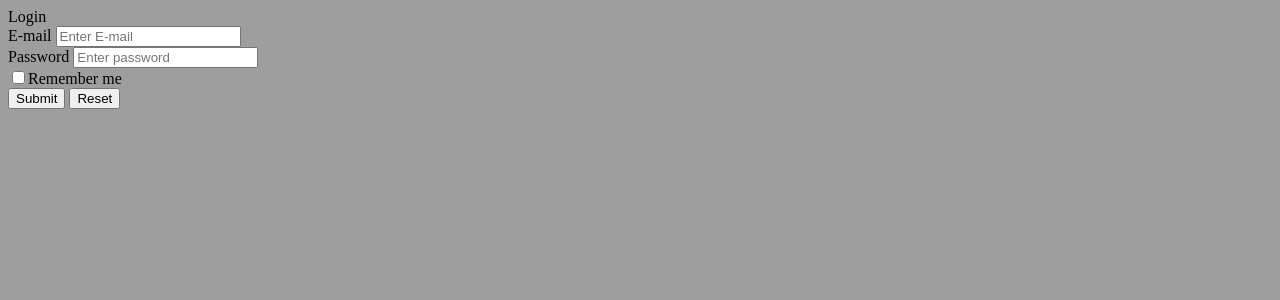
Repository: BragadeeshChandrasekar/my-bookshelf
Page: http://localhost/booksales/Login.jsp
An editor plug-in stored every save of this project. The page is shown before and after the next save, followed by the edit.
The browser window is 1280 px wide. The pictures show the whole page.
The page is served by Tomcat 9. Other server files are loaded and not shown.

Above is the page before, as saved 2016-06-10 07:02:02.

### booksales/WebContent/Login.jsp
<%@ page language="java" contentType="text/html; charset=ISO-8859-1"
    pageEncoding="ISO-8859-1"%>
<!DOCTYPE html PUBLIC "-//W3C//DTD HTML 4.01 Transitional//EN" "http://www.w3.org/TR/html4/loose.dtd">
<html>
<head>
<meta http-equiv="Content-Type" content="IE=edge; charset=UTF-8">

<title>Log-In</title>

</head>
<body background="C:\Users\C Bragadeesh\Downloads\newbook.jpg">
<form class="form-inline" role="form">
<form action="http://localhost:8080/booksales/home.jsp"></form>
<div class="container">Login</div>
<div class="form-group">
<label for= "e-mail">E-mail</label>
<input type="e-mail" class="form control" id="e-mail" placeholder="Enter E-mail">
</div>
<div class="form-group">
<label for="pwd">Password</label>
<input type="password" class="form control" id="pwd" placeholder="Enter password">
</div>
<div class="checkbox">
<label><input type="checkbox">Remember me</label></div>
<button type="submit" class="btn btn primary" on click="http://localhost:8080/booksales/home.jsp">Submit</button>
<button type="clear" class="btn btn danger">Reset</button>
</form>
</body>
</html>

After the next save:
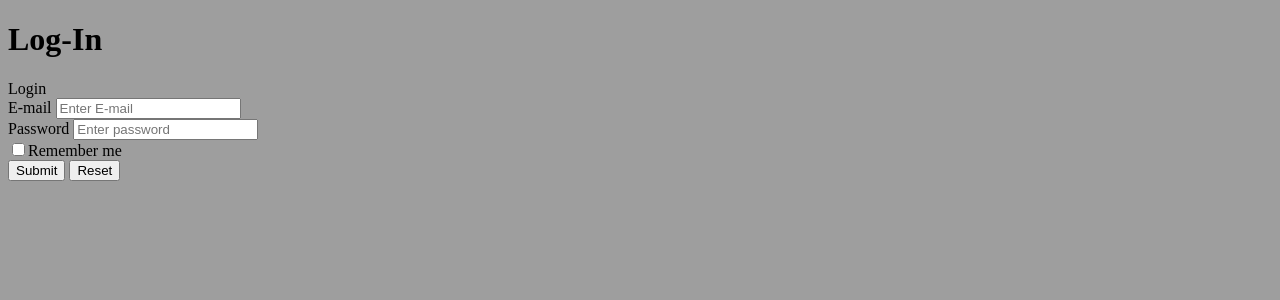
Saved 4 min 12 s later.
--- a/booksales/WebContent/Login.jsp
+++ b/booksales/WebContent/Login.jsp
@@ -6,7 +6,11 @@
 <meta http-equiv="Content-Type" content="IE=edge; charset=UTF-8">
 
 <title>Log-In</title>
-
+<meta charset="utf-8">
+<meta name="viewport" content="width=device-width, initial-scale=1">
+<div class="text-primary">
+<h1>Log-In</h1>
+</div>
 </head>
 <body background="C:\Users\C Bragadeesh\Downloads\newbook.jpg">
 <form class="form-inline" role="form">

After the save that followed:
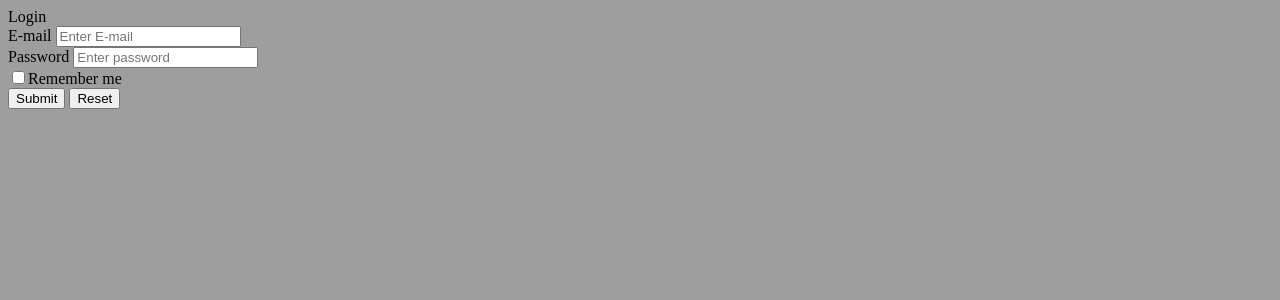
Saved 71 s later.
--- a/booksales/WebContent/Login.jsp
+++ b/booksales/WebContent/Login.jsp
@@ -4,12 +4,10 @@
 <html>
 <head>
 <meta http-equiv="Content-Type" content="IE=edge; charset=UTF-8">
-
-<title>Log-In</title>
 <meta charset="utf-8">
 <meta name="viewport" content="width=device-width, initial-scale=1">
 <div class="text-primary">
-<h1>Log-In</h1>
+<title>Log-In</title>
 </div>
 </head>
 <body background="C:\Users\C Bragadeesh\Downloads\newbook.jpg">
